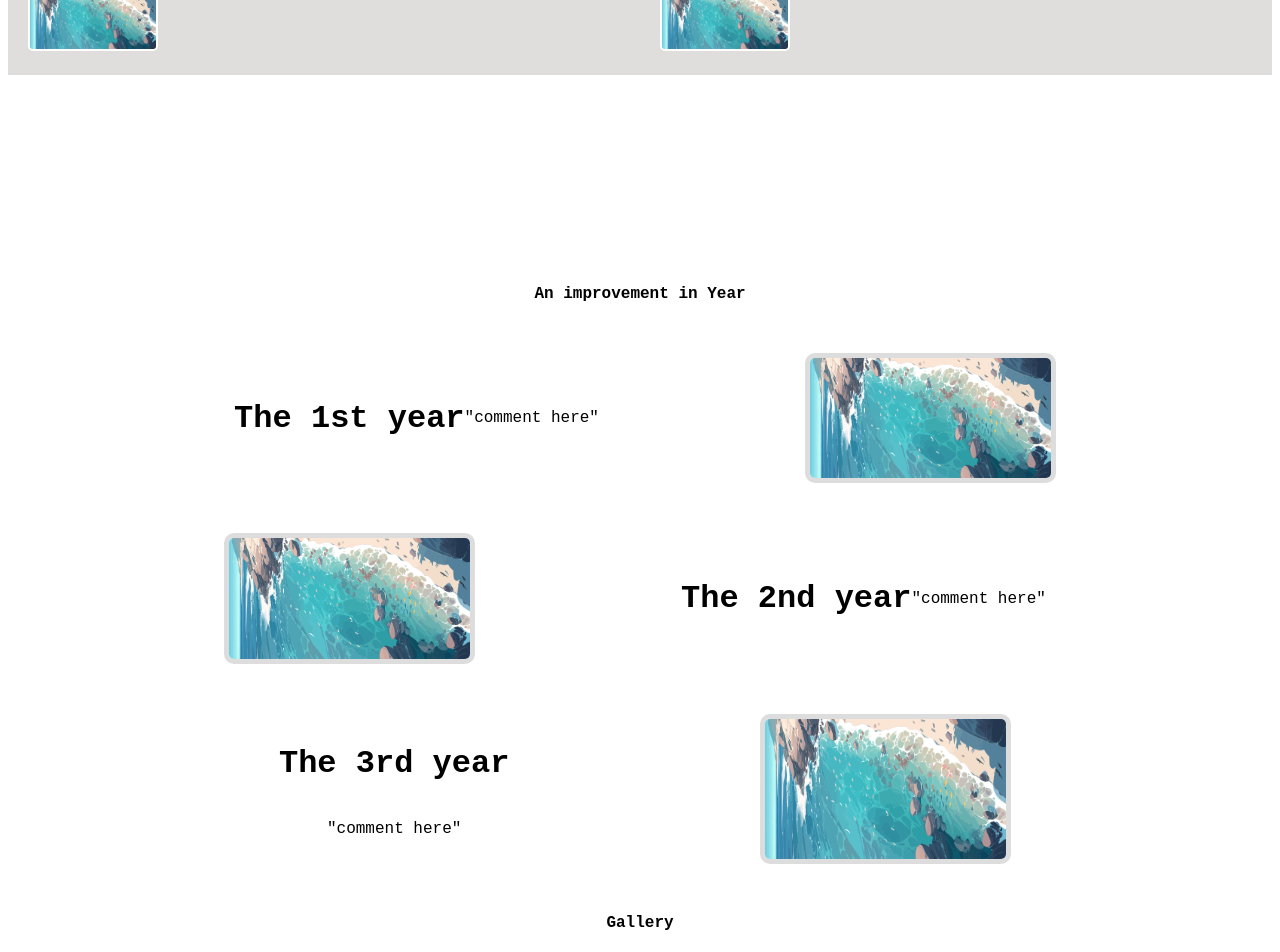
Repository: kittipichcha/Port1
Page: page2.html
The author's editor kept a copy of each file at every save. The page is drawn from the files as they stood at one save, then again after the next save.
The browser window is 1280 px wide. The pictures show the part of the page from y = 1195 to 2147 px (the page is 2147 px tall before and 2127 px after).
A picture or video elsewhere on the page could not be fetched, so the positions and the page height are approximate.

Above is the page before, as saved 2024-10-14 12:01:53.

### page2.html
<!DOCTYPE html>
<html>

<head>
    <title>Sculpting page</title>
    <link rel="stylesheet" href="style.css">
</head>

<body>
    <!-- Intro -->
    <div style = "margin: 50px;"> </div>

    <h1 class = "textTopic" style="justify-content: center;"> Sculpting </h1>
    <div class = "widget" style = "justify-content: center;">
        <h2 class = "textTopic" style="justify-content: center;"> Type :  </h2>
        <p class = "textTopic"> Character & Place </p>
    </div>

    <div class = "widget" style = "justify-content: center;">
        <h2 class = "textTopic" style="justify-content: center;"> App :  </h2>
        <p class = "textTopic"> Blender </p>
    </div>

    <hr class = "space">
    <!-- First model -->
    <div class = "widget">
        <img src = 'image.jpg' class = "icon">
        <p class = "textGeneral" style = "justify-items: center;"> The first model that I've have done </p>
    </div>

    <div class = "space"> </div>
    <!-- Rememberance -->
    <div class = "galleryContainer">
        <h1 class = "textGeneral" style = "justify-content: center;"> Rememberance </h1>
        <div class = "scrollImage">
            <div>
                <p> "comment here" </p>
                <img src = "beach.jpg">
            </div>
            <div>
                <p> "comment here" </p>
                <img src = "beach.jpg">
            </div>
        </div>
    </div>

    <!-- Improvement -->
    <div class = "space"> </div>
    <div class = "galleryContainer">
        <h1 class = "textGeneral"  style="justify-content: center;"> An improvement in Year</h1>
        <div>
            <div class = "widget">
                <div class = "textGeneral">
                    <h1> The 1st year </h1>
                    <p> "comment here" </p>
                </div>
                <img src = "beach.jpg">
            </div>
            <div class = "widget">
                <img src = "beach.jpg">
                <div class = "textGeneral">
                    <h1> The 2nd year </h1>
                    <p> "comment here" </p>
                </div>
            </div>
            <div class = "widget">
                <div class = "textGeneral" style = "flex-direction:column;">
                    <h1> The 3rd year </h1>
                    <p> "comment here" </p>
                </div>
                <img src = "beach.jpg">
            </div>
        </div>
    </div>
    <div>
        <h1 class="textGeneral" style = "justify-content: center;"> Gallery </h1>
    </div>
</body>

</html>

### style.css
nav {
    background-color: #318b9b;
    padding: 10px;
    display: flex;
    justify-content: flex-end;
}

nav ul li {
    display: inline-block;
}

nav ul li a:hover {
    background-color: #257ab7;
}

.textButton li a {
    color: #ffffff;
    text-decoration: none;
    font-family: 'Lucida Console', monospace;
    padding: 10px;
}

.textGeneral {
    color: #000000;
    font-size: medium;
    font-family: 'Courier New', monospace;
    margin: 10px;
    padding: 10px;
    display: flex;
    justify-content: left;
}

.textTopic {
    color: #000000;
    text-decoration: none;
    font-family: 'Lucida Console', monospace;
    margin: 30px;
    margin-bottom: 50px;
    display: flex;
    justify-content: center;
}

.widget {
    display: flex;
    justify-content: space-evenly;
    margin: 30px;
}

.widget1 {
    display: flex;
    flex-direction: column;
    justify-content: space-around;
    align-content: space-around;
    margin: 30px;
}
.widget div {
    display: flex;
    justify-content: space-between;
    align-items: center;
    margin: 10px;
}


.space {
    display: flex;
    margin: 100px;
}

.space1 {
    display: flex;
    margin: 40px;
}

.icon {
    display: block;
    border: 2px solid #ddd;
    border-radius: 4px;
    width: 30%;
    align-items: center;
    justify-content: center;
}

.icon2Text {
    display: block;
    border: 2px solid #ddd;
    border-radius: 4px;
    width: 30%;
    align-items: center;
    justify-content: center;
}

.background {
    background-image: url("beach.jpg");
    background-size: cover;
}

.galleryContainer {
    justify-content: center;
}

.galleryContainer img {
    border: 5px solid #ddd;
    border-radius: 10px;
    height: auto;
    width: 20%;
    margin: 10px;
}

.scrollImage {
    background-color: #e0dddd;
    overflow: auto;
    display: flex;
    justify-content: flex-start;
    white-space: nowrap;
}

.scrollImage div img {
    border: 2px solid #ffffff;
    border-radius: 5px;
    height: auto;
    width: 20%;
    margin: 20px;
}

.topicAndPara {
    display: flex;
    flex-direction: column;
    justify-content: flex-start;
}

.topicAndPara:nth-child(1) {
    color: #000000;
    font-size: medium;
    font-family: 'Courier New', monospace;
    margin: 10px;
    padding: 10px;
    display: flex;
    justify-content: left;
}

After the next save:
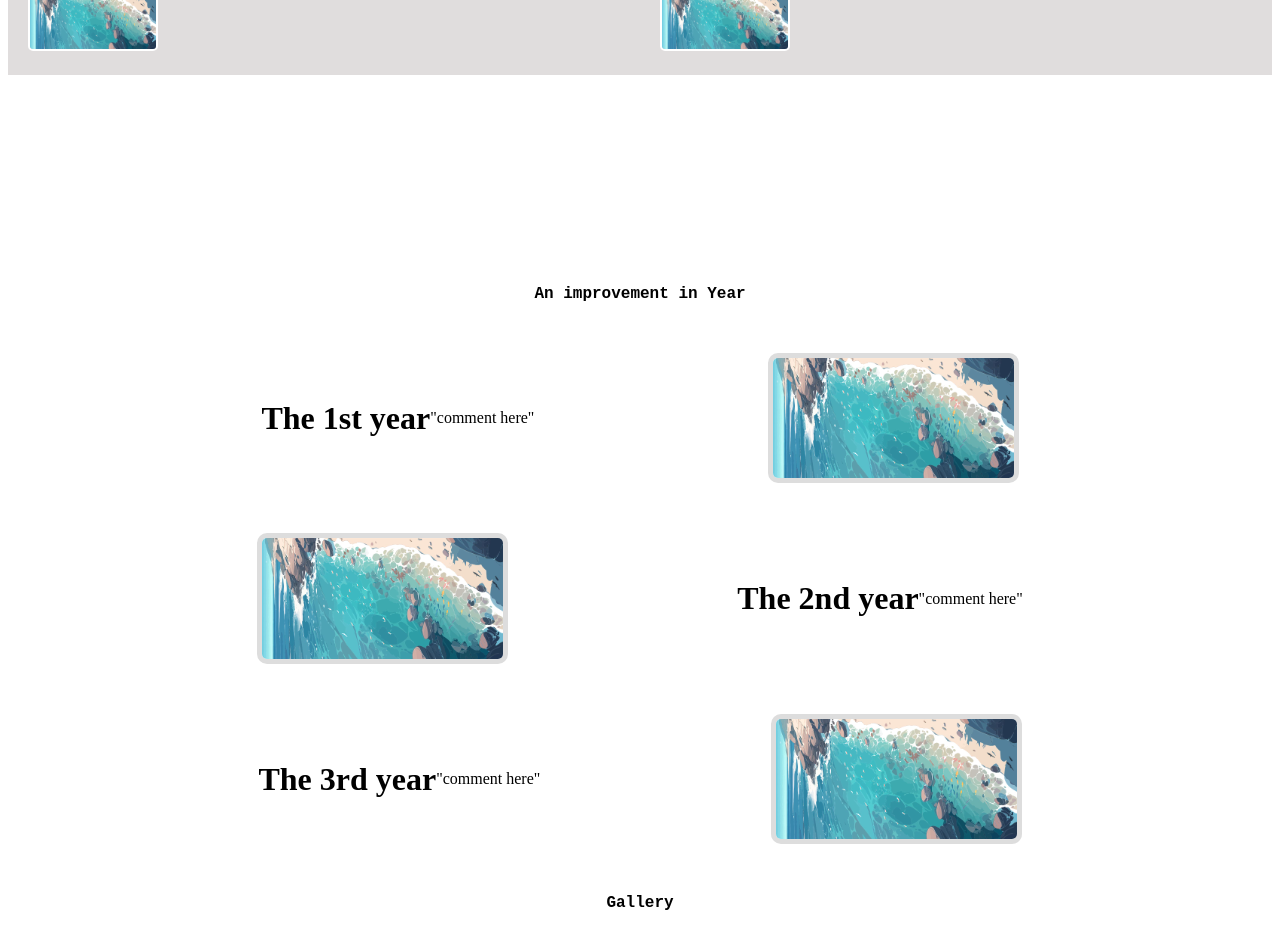
Saved 12 s later.
--- a/page2.html
+++ b/page2.html
@@ -50,7 +50,7 @@
         <h1 class = "textGeneral"  style="justify-content: center;"> An improvement in Year</h1>
         <div>
             <div class = "widget">
-                <div class = "textGeneral">
+                <div class = "textAndPara">
                     <h1> The 1st year </h1>
                     <p> "comment here" </p>
                 </div>
@@ -58,13 +58,13 @@
             </div>
             <div class = "widget">
                 <img src = "beach.jpg">
-                <div class = "textGeneral">
+                <div class = "textAndPara">
                     <h1> The 2nd year </h1>
                     <p> "comment here" </p>
                 </div>
             </div>
             <div class = "widget">
-                <div class = "textGeneral" style = "flex-direction:column;">
+                <div class = "textAndPara">
                     <h1> The 3rd year </h1>
                     <p> "comment here" </p>
                 </div>
